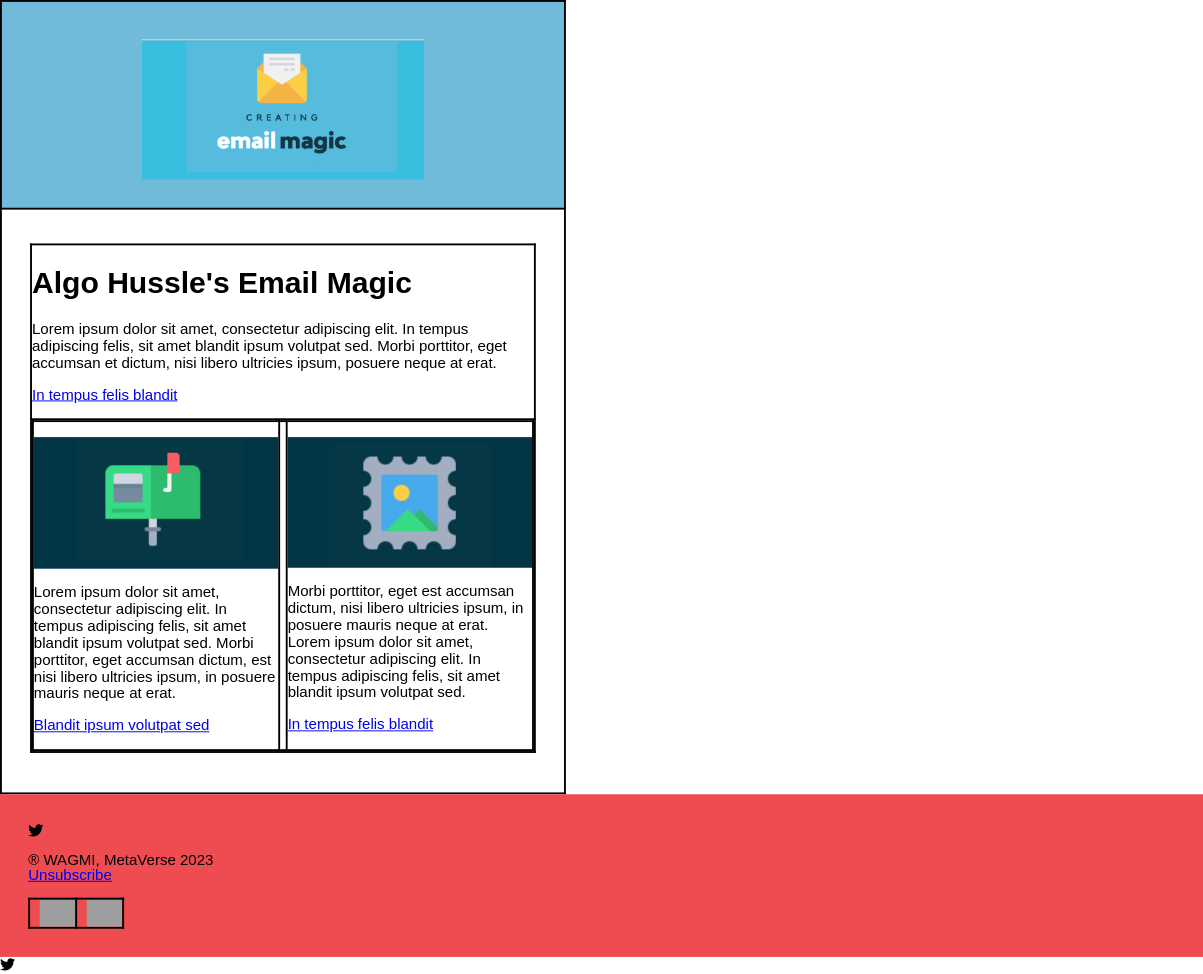
Repository: MikeeBuilds/email-template
Page: index.html
The author's editor kept a copy of each file at every save. The page is drawn from the files as they stood at one save, then again after a run of saves.
The browser window is 1280 px wide. The pictures show the whole page, at 94% of full size.
Pictures or frames that could not be fetched are drawn as grey boxes. Some web libraries are served in a nearby version.

Above is the page before, as saved 2022-11-25 13:05:48.

After the next 2 saves:
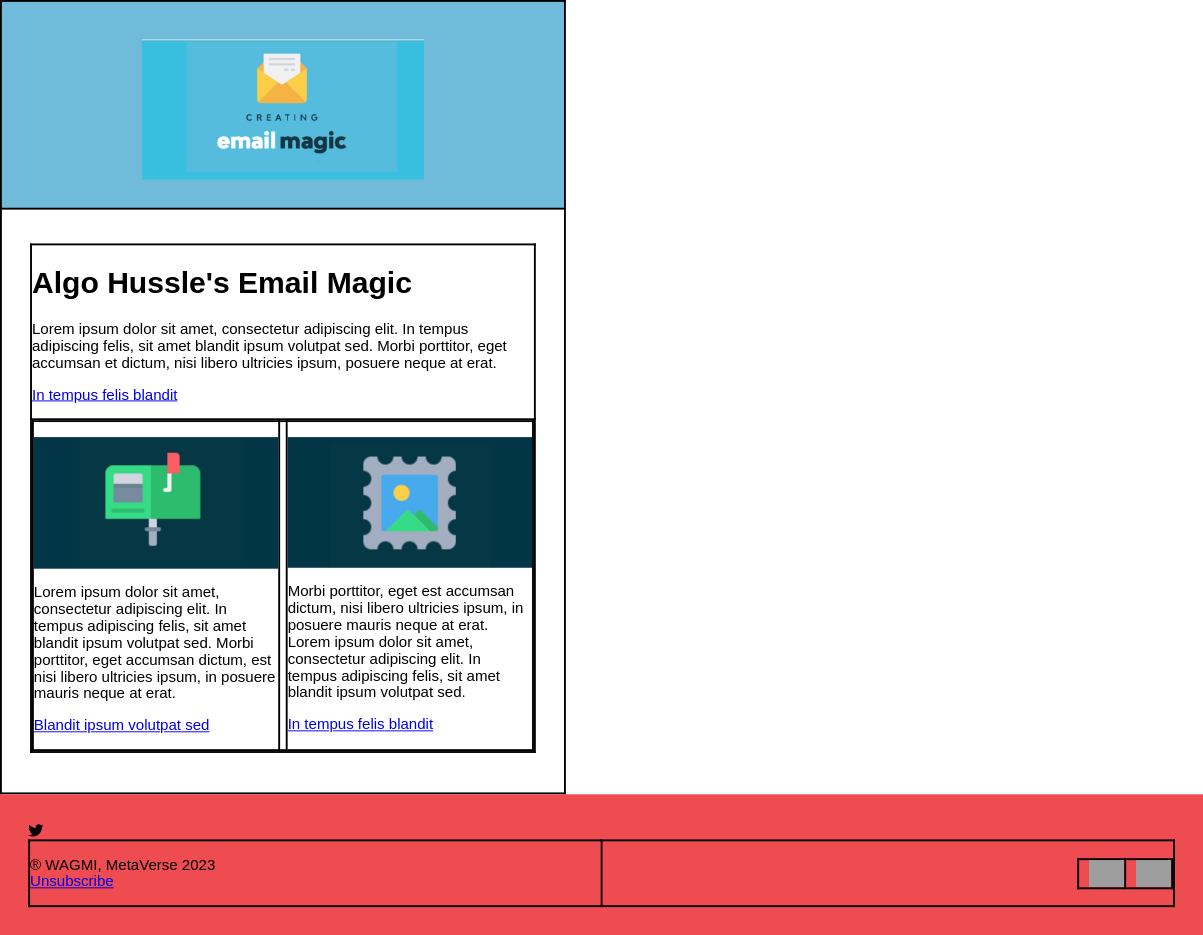
The 2 saves are shown as one change because they came seconds apart.
The last was saved 8 s later.
--- a/index.html
+++ b/index.html
@@ -73,7 +73,7 @@
 
 
         <footer style="padding: 30px; background: #ee4c50";>
-            <i class="fa-brands fa-twitter"
+            <i class="fa-brands fa-twitter">    </i>
             <table role="presentation" style="width:100%;border-collapse:collapse;border:0;border-spacing:0;">
                 <tr>
                     <td style="padding:0;width:50%;" align="left">
